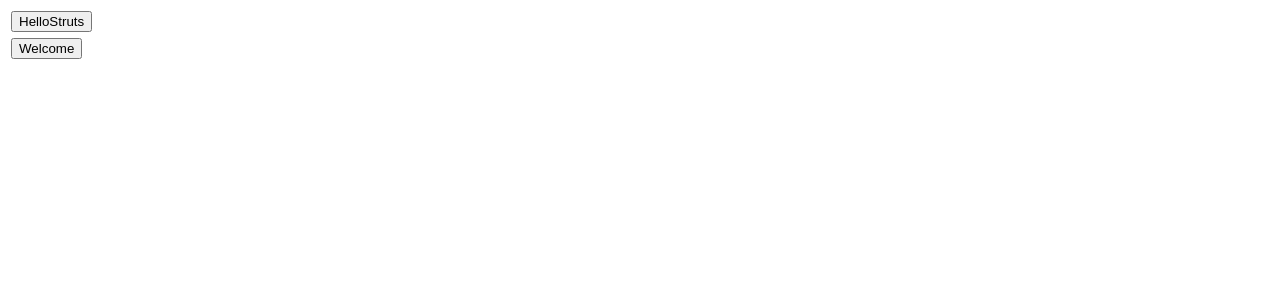
Repository: 8luemitsuho/test
Page: http://localhost/WebProj5/
The author's editor kept a copy of each file at every save. The page is drawn from the files as they stood at one save, then again after the next save.
The browser window is 1280 px wide. The pictures show the whole page.
The page is served by Tomcat 9. Other server files are loaded and not shown.

Above is the page before, as saved 2019-08-07 04:41:51.

### WebProj5/WebContent/index.jsp
<%@ page language="java" contentType="text/html; charset=UTF-8" pageEncoding="UTF-8"%>
<%@ taglib prefix="s" uri="/struts-tags" %>
<!DOCTYPE html>
<html>
<head>
	<meta charset="utf-8">
	<title>INDEX</title>
</head>
<body>
	<s:form action="HelloStrutsAction">
		<s:submit value="HelloStruts"/>
	</s:form>

	<s:form action="WelcomeAction">
		<s:submit value="Welcome"/>
	</s:form>
</body>
</html>

After the next save:
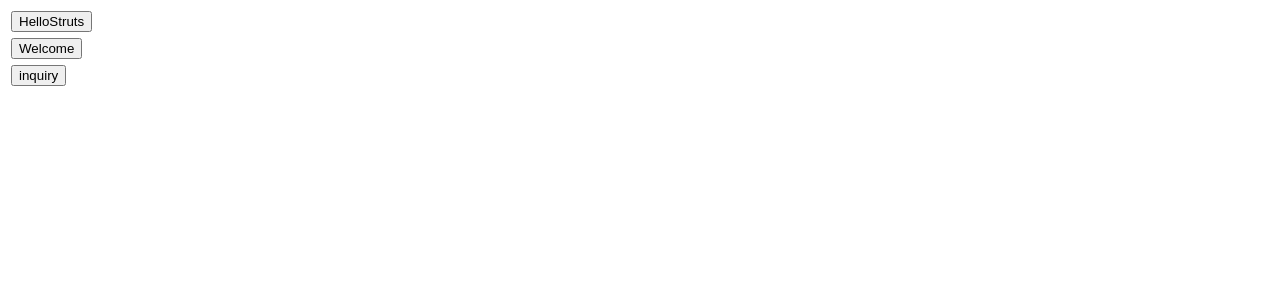
Saved 24 h 52 min later.
--- a/WebProj5/WebContent/index.jsp
+++ b/WebProj5/WebContent/index.jsp
@@ -14,5 +14,9 @@
 	<s:form action="WelcomeAction">
 		<s:submit value="Welcome"/>
 	</s:form>
+
+	<s:form action="InquiryAction">
+		<s:submit value="inquiry"/>
+	</s:form>
 </body>
 </html>
